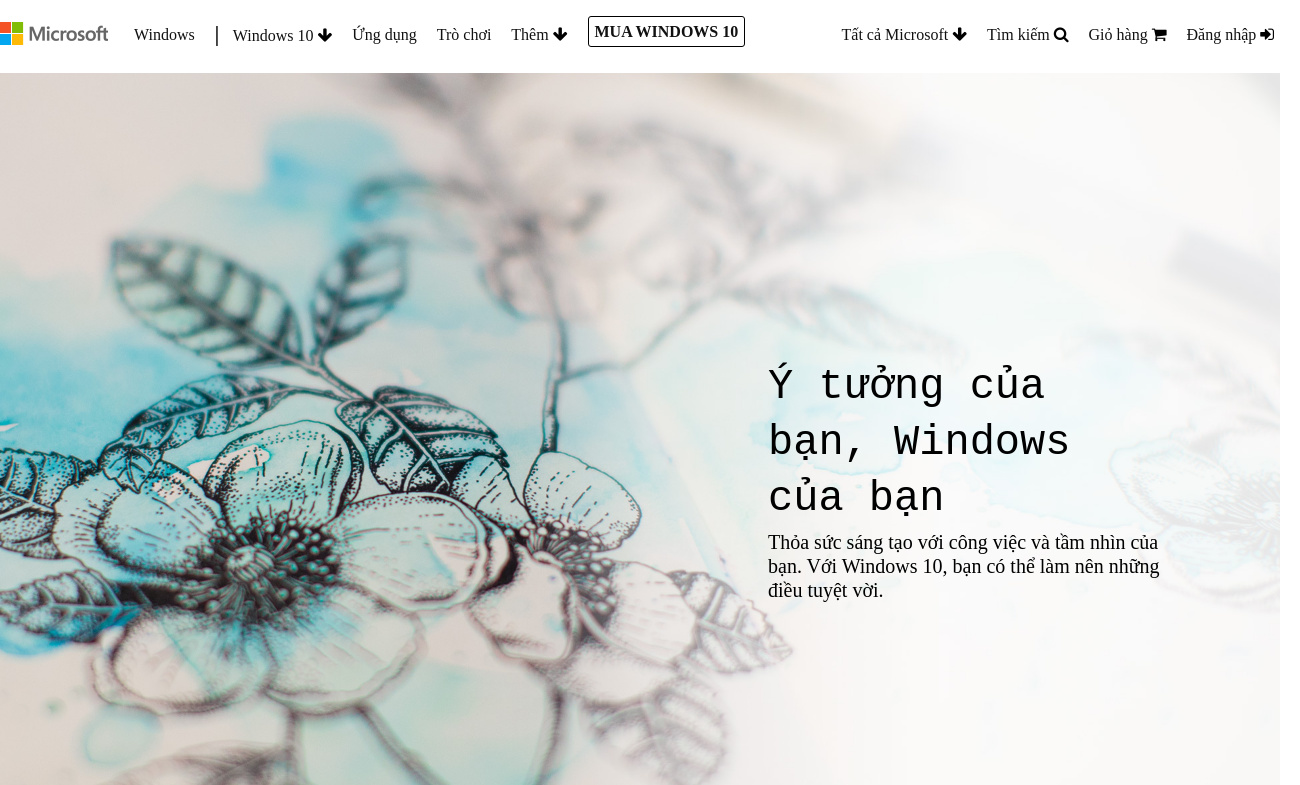
Repository: hoangphuong965/clone-Microsoft---practice
Page: index.html
These files come from the project's save history. The page is drawn as it stood at one moment and after the next save; the edit follows.
The browser window is 1280 px wide. The page is 1300 px wide, so the pictures cover 1300 px, including what lies to the right of the window. The pictures show the whole page.

Above is the page before, as saved 2020-06-08 22:52:06.

After the next save:
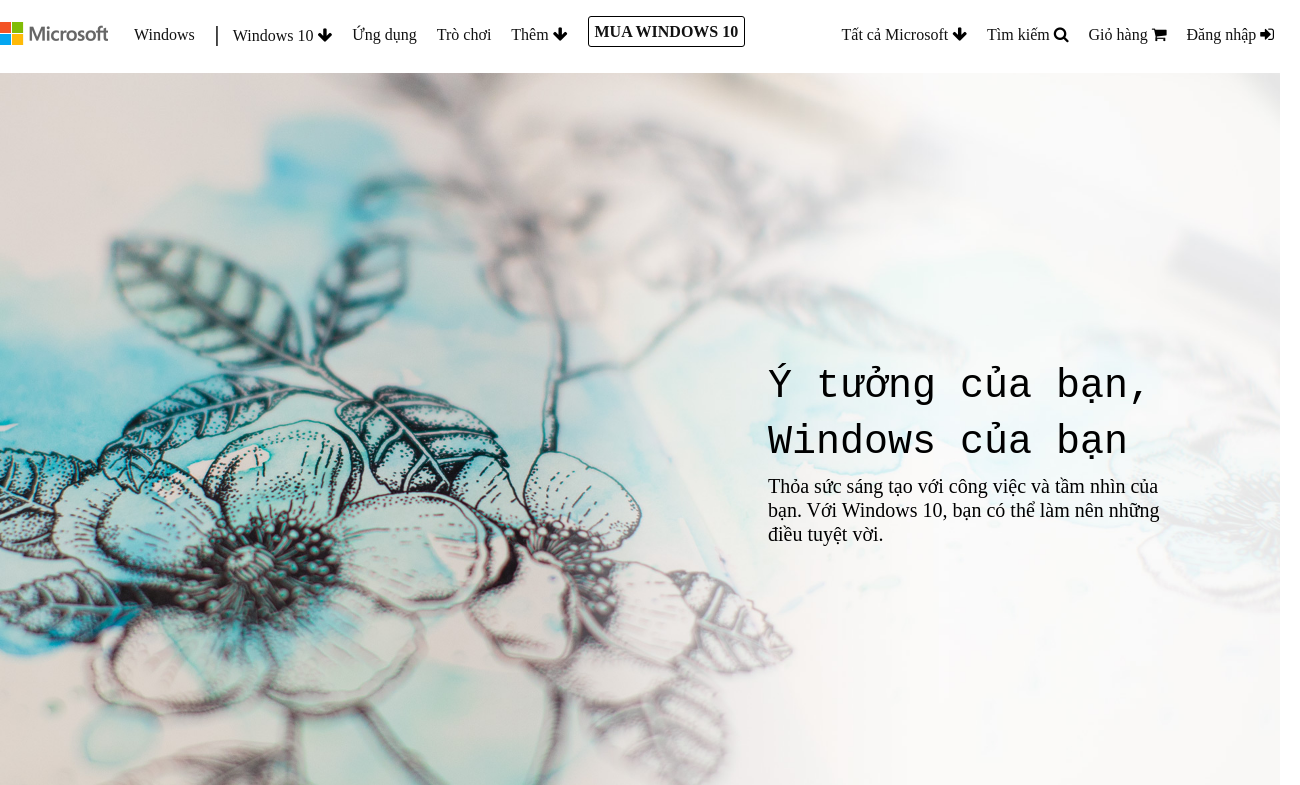
Saved 26 s later.
--- a/style.css
+++ b/style.css
@@ -77,7 +77,7 @@
   top: 35%;
 }
 .showcase-text h1 {
-  font-size: 42px;
+  font-size: 40px;
   line-height: 56px;
   padding: 37px 0 3px;
   font-weight: normal;
